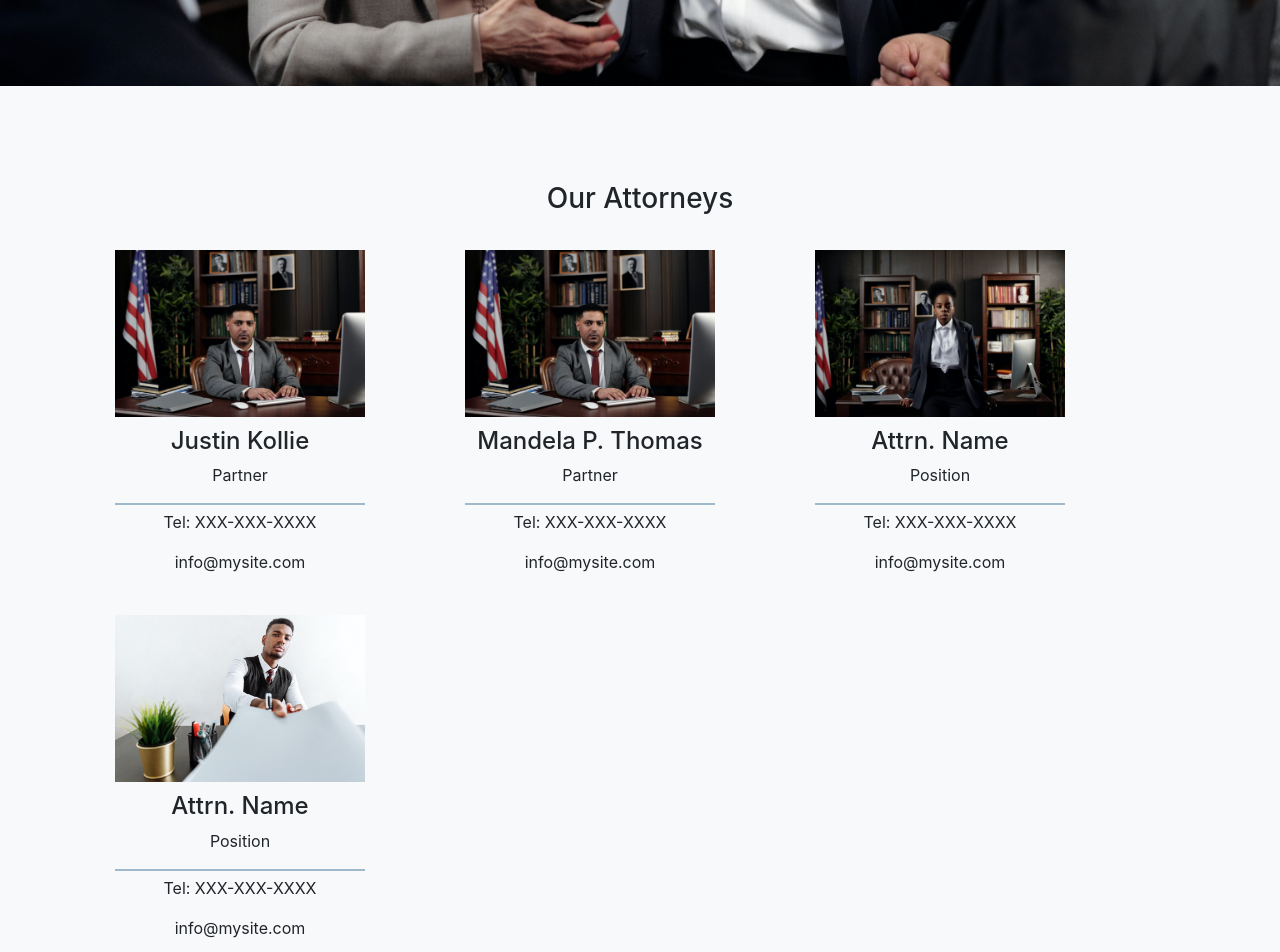
Repository: just-mann/kolllie-kolliellp
Page: index.html
An editor plug-in stored every save of this project. The page is shown before and after a run of saves, followed by the edit.
The browser window is 1280 px wide. The pictures show the part of the page from y = 2486 to 3438 px (the page is 4878 px tall before and 4902 px after).
Backgrounds fixed to the window are drawn as part of the page.

Above is the page before, as saved 2021-06-02 05:33:26.

After the next 2 saves:
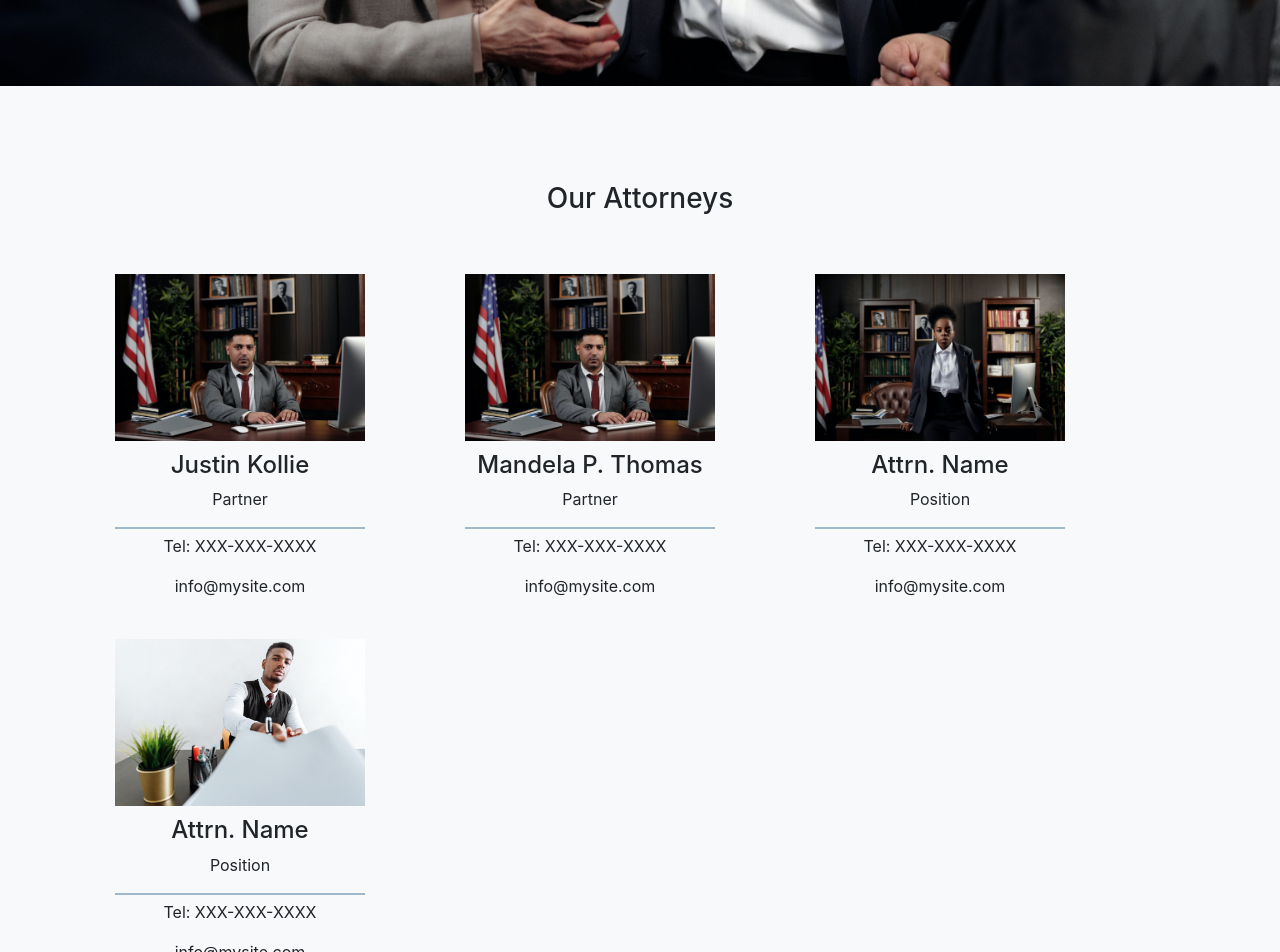
The 2 saves are shown as one change because they came seconds apart.
The last was saved 10 s later.
--- a/index.html
+++ b/index.html
@@ -83,7 +83,7 @@
     </div>
     <section class="ourAttorneys py-5 bg-light" id="ourAttorneys">
         <div class="myContainer py-5">
-            <h3 class="text-center mb-4">Our Attorneys</h3>
+            <h3 class="text-center mb-5">Our Attorneys</h3>
             <div class="attorneysDiv mx-auto">
                 <div class="attCard">
                     <img src="./assets/images/attrny1.jpg" alt="att1">
